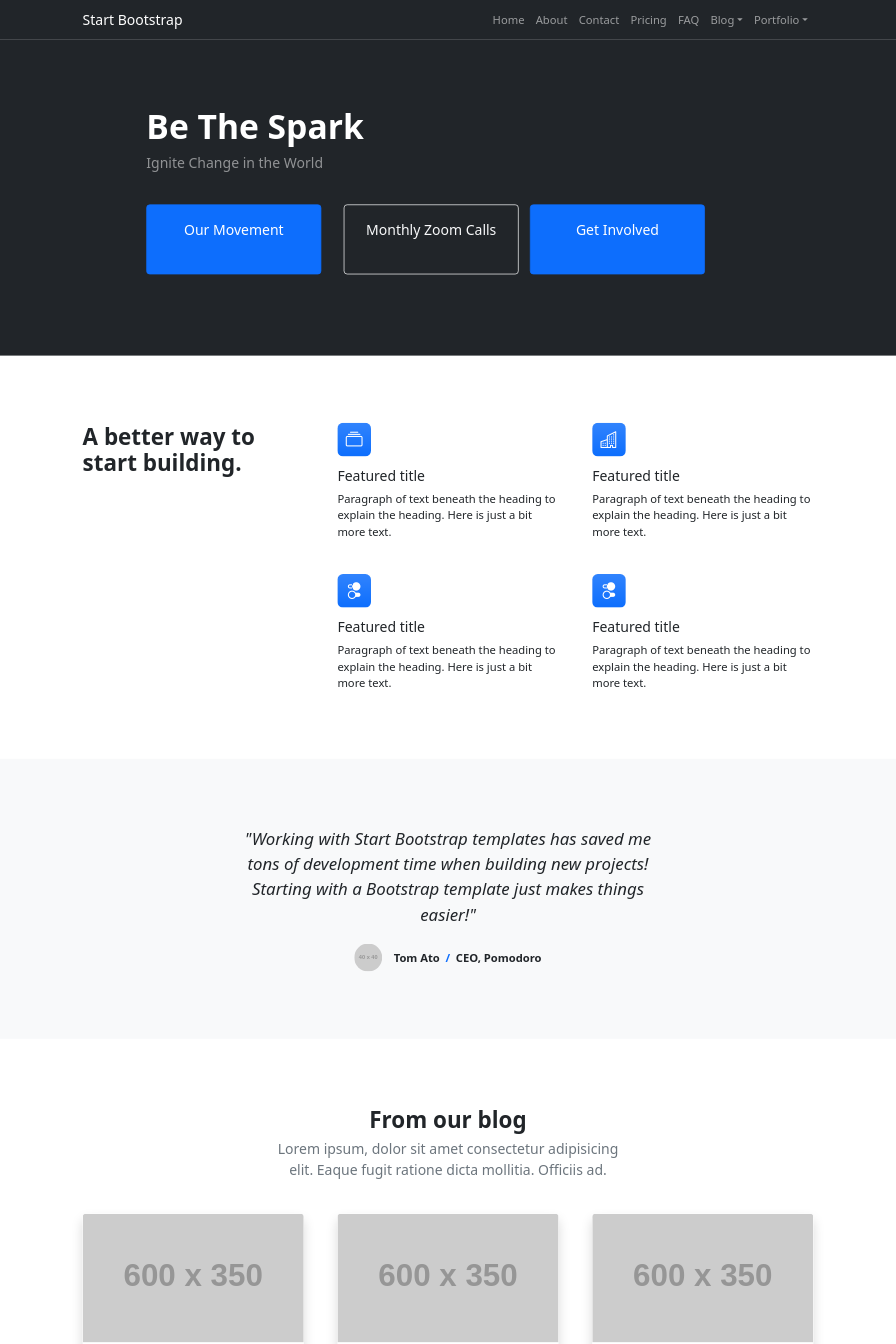
Repository: DragonFruit8/BeTheSpark
Page: index.html
The author's editor kept a copy of each file at every save. The page is drawn from the files as they stood at one save, then again after a run of saves.
The browser window is 1280 px wide. The pictures show the part of the page from y = 0 to 1920 px (the page is 2652 px tall before and 2627 px after), at 70% of full size.

Above is the page before, as saved 2024-01-05 08:38:36.

### index.html
<!DOCTYPE html>
<html lang="en">
    <head>
        <meta charset="utf-8" />
        <meta name="viewport" content="width=device-width, initial-scale=1, shrink-to-fit=no" />
        <meta name="description" content="" />
        <meta name="author" content="" />
        <title>Modern Business - Start Bootstrap Template</title>
        <!-- Favicon-->
        <link rel="icon" type="image/x-icon" href="assets/favicon.ico" />
        <!-- Bootstrap icons-->
        <link href="https://cdn.jsdelivr.net/npm/bootstrap-icons@1.5.0/font/bootstrap-icons.css" rel="stylesheet" />
        <!-- Core theme CSS (includes Bootstrap)-->
        <link href="css/styles.css" rel="stylesheet" />
        <link href="css/home.css" rel="stylesheet" />
    </head>
    <body class="d-flex flex-column h-100">
        <main class="flex-shrink-0">
            <!-- Navigation-->
            <nav class="navbar navbar-expand-lg navbar-dark bg-dark">
                <div class="container px-5">
                    <a class="navbar-brand" href="index.html">Start Bootstrap</a>
                    <button class="navbar-toggler" type="button" data-bs-toggle="collapse" data-bs-target="#navbarSupportedContent" aria-controls="navbarSupportedContent" aria-expanded="false" aria-label="Toggle navigation"><span class="navbar-toggler-icon"></span></button>
                    <div class="collapse navbar-collapse" id="navbarSupportedContent">
                        <ul class="navbar-nav ms-auto mb-2 mb-lg-0">
                            <li class="nav-item"><a class="nav-link" href="index.html">Home</a></li>
                            <li class="nav-item"><a class="nav-link" href="about.html">About</a></li>
                            <li class="nav-item"><a class="nav-link" href="contact.html">Contact</a></li>
                            <li class="nav-item"><a class="nav-link" href="pricing.html">Pricing</a></li>
                            <li class="nav-item"><a class="nav-link" href="faq.html">FAQ</a></li>
                            <li class="nav-item dropdown">
                                <a class="nav-link dropdown-toggle" id="navbarDropdownBlog" href="#" role="button" data-bs-toggle="dropdown" aria-expanded="false">Blog</a>
                                <ul class="dropdown-menu dropdown-menu-end" aria-labelledby="navbarDropdownBlog">
                                    <li><a class="dropdown-item" href="blog-home.html">Blog Home</a></li>
                                    <li><a class="dropdown-item" href="blog-post.html">Blog Post</a></li>
                                </ul>
                            </li>
                            <li class="nav-item dropdown">
                                <a class="nav-link dropdown-toggle" id="navbarDropdownPortfolio" href="#" role="button" data-bs-toggle="dropdown" aria-expanded="false">Portfolio</a>
                                <ul class="dropdown-menu dropdown-menu-end" aria-labelledby="navbarDropdownPortfolio">
                                    <li><a class="dropdown-item" href="portfolio-overview.html">Portfolio Overview</a></li>
                                    <li><a class="dropdown-item" href="portfolio-item.html">Portfolio Item</a></li>
                                </ul>
                            </li>
                        </ul>
                    </div>
                </div>
            </nav>
            <!-- Header-->
            <header class="bg-dark py-5">
                <div class="container px-5">
                    <div class="row gx-5 align-items-center justify-content-center">
                        <div class="col-lg-8 col-xl-10 col-xxl-12">
                            <div class="my-5 text-center text-xl-start">
                                <h1 class="display-5 fw-bolder text-white mb-2">Be The Spark</h1>
                                <p class="lead fw-normal text-white-50 mb-4">Ignite Change in the World</p>
                                <div id="CTA" class="d-grid gap-3 d-sm-flex justify-content-sm-center justify-content-xl-start">
                                    <a class="btn btn-primary btn-lg px-4 me-sm-3" href="#features">Our Movement</a>
                                    <a class="btn btn-outline-light btn-lg px-4" href="#!">Monthly Zoom Calls</a>
                                    <a class="btn btn-primary btn-lg px-4 me-sm-3" href="#features">Get Involved </a>
                                </div>
                            </div>
                        </div>
                        <!-- <div class="col-xl-5 col-xxl-6 d-none d-xl-block text-center"><img class="img-fluid rounded-3 my-5" src="https://dummyimage.com/600x400/343a40/6c757d" alt="..." /></div> -->
                    </div>
                </div>
            </header>
            <!-- Features section-->
            <section class="py-5" id="features">
                <div class="container px-5 my-5">
                    <div class="row gx-5">
                        <div class="col-lg-4 mb-5 mb-lg-0"><h2 class="fw-bolder mb-0">A better way to start building.</h2></div>
                        <div class="col-lg-8">
                            <div class="row gx-5 row-cols-1 row-cols-md-2">
                                <div class="col mb-5 h-100">
                                    <div class="feature bg-primary bg-gradient text-white rounded-3 mb-3"><i class="bi bi-collection"></i></div>
                                    <h2 class="h5">Featured title</h2>
                                    <p class="mb-0">Paragraph of text beneath the heading to explain the heading. Here is just a bit more text.</p>
                                </div>
                                <div class="col mb-5 h-100">
                                    <div class="feature bg-primary bg-gradient text-white rounded-3 mb-3"><i class="bi bi-building"></i></div>
                                    <h2 class="h5">Featured title</h2>
                                    <p class="mb-0">Paragraph of text beneath the heading to explain the heading. Here is just a bit more text.</p>
                                </div>
                                <div class="col mb-5 mb-md-0 h-100">
                                    <div class="feature bg-primary bg-gradient text-white rounded-3 mb-3"><i class="bi bi-toggles2"></i></div>
                                    <h2 class="h5">Featured title</h2>
                                    <p class="mb-0">Paragraph of text beneath the heading to explain the heading. Here is just a bit more text.</p>
                                </div>
                                <div class="col h-100">
                                    <div class="feature bg-primary bg-gradient text-white rounded-3 mb-3"><i class="bi bi-toggles2"></i></div>
                                    <h2 class="h5">Featured title</h2>
                                    <p class="mb-0">Paragraph of text beneath the heading to explain the heading. Here is just a bit more text.</p>
                                </div>
                            </div>
                        </div>
                    </div>
                </div>
            </section>
            <!-- Testimonial section-->
            <div class="py-5 bg-light">
                <div class="container px-5 my-5">
                    <div class="row gx-5 justify-content-center">
                        <div class="col-lg-10 col-xl-7">
                            <div class="text-center">
                                <div class="fs-4 mb-4 fst-italic">"Working with Start Bootstrap templates has saved me tons of development time when building new projects! Starting with a Bootstrap template just makes things easier!"</div>
                                <div class="d-flex align-items-center justify-content-center">
                                    <img class="rounded-circle me-3" src="https://dummyimage.com/40x40/ced4da/6c757d" alt="..." />
                                    <div class="fw-bold">
                                        Tom Ato
                                        <span class="fw-bold text-primary mx-1">/</span>
                                        CEO, Pomodoro
                                    </div>
                                </div>
                            </div>
                        </div>
                    </div>
                </div>
            </div>
            <!-- Blog preview section-->
            <section class="py-5">
                <div class="container px-5 my-5">
                    <div class="row gx-5 justify-content-center">
                        <div class="col-lg-8 col-xl-6">
                            <div class="text-center">
                                <h2 class="fw-bolder">From our blog</h2>
                                <p class="lead fw-normal text-muted mb-5">Lorem ipsum, dolor sit amet consectetur adipisicing elit. Eaque fugit ratione dicta mollitia. Officiis ad.</p>
                            </div>
                        </div>
                    </div>
                    <div class="row gx-5">
                        <div class="col-lg-4 mb-5">
                            <div class="card h-100 shadow border-0">
                                <img class="card-img-top" src="https://dummyimage.com/600x350/ced4da/6c757d" alt="..." />
                                <div class="card-body p-4">
                                    <div class="badge bg-primary bg-gradient rounded-pill mb-2">News</div>
                                    <a class="text-decoration-none link-dark stretched-link" href="#!"><h5 class="card-title mb-3">Blog post title</h5></a>
                                    <p class="card-text mb-0">Some quick example text to build on the card title and make up the bulk of the card's content.</p>
                                </div>
                                <div class="card-footer p-4 pt-0 bg-transparent border-top-0">
                                    <div class="d-flex align-items-end justify-content-between">
                                        <div class="d-flex align-items-center">
                                            <img class="rounded-circle me-3" src="https://dummyimage.com/40x40/ced4da/6c757d" alt="..." />
                                            <div class="small">
                                                <div class="fw-bold">Kelly Rowan</div>
                                                <div class="text-muted">March 12, 2023 &middot; 6 min read</div>
                                            </div>
                                        </div>
                                    </div>
                                </div>
                            </div>
                        </div>
                        <div class="col-lg-4 mb-5">
                            <div class="card h-100 shadow border-0">
                                <img class="card-img-top" src="https://dummyimage.com/600x350/adb5bd/495057" alt="..." />
                                <div class="card-body p-4">
                                    <div class="badge bg-primary bg-gradient rounded-pill mb-2">Media</div>
                                    <a class="text-decoration-none link-dark stretched-link" href="#!"><h5 class="card-title mb-3">Another blog post title</h5></a>
                                    <p class="card-text mb-0">This text is a bit longer to illustrate the adaptive height of each card. Some quick example text to build on the card title and make up the bulk of the card's content.</p>
                                </div>
                                <div class="card-footer p-4 pt-0 bg-transparent border-top-0">
                                    <div class="d-flex align-items-end justify-content-between">
                                        <div class="d-flex align-items-center">
                                            <img class="rounded-circle me-3" src="https://dummyimage.com/40x40/ced4da/6c757d" alt="..." />
                                            <div class="small">
                                                <div class="fw-bold">Josiah Barclay</div>
                                                <div class="text-muted">March 23, 2023 &middot; 4 min read</div>
                                            </div>
                                        </div>
                                    </div>
                                </div>
                            </div>
                        </div>
                        <div class="col-lg-4 mb-5">
                            <div class="card h-100 shadow border-0">
                                <img class="card-img-top" src="https://dummyimage.com/600x350/6c757d/343a40" alt="..." />
                                <div class="card-body p-4">
                                    <div class="badge bg-primary bg-gradient rounded-pill mb-2">News</div>
                                    <a class="text-decoration-none link-dark stretched-link" href="#!"><h5 class="card-title mb-3">The last blog post title is a little bit longer than the others</h5></a>
                                    <p class="card-text mb-0">Some more quick example text to build on the card title and make up the bulk of the card's content.</p>
                                </div>
                                <div class="card-footer p-4 pt-0 bg-transparent border-top-0">
                                    <div class="d-flex align-items-end justify-content-between">
                                        <div class="d-flex align-items-center">
                                            <img class="rounded-circle me-3" src="https://dummyimage.com/40x40/ced4da/6c757d" alt="..." />
                                            <div class="small">
                                                <div class="fw-bold">Evelyn Martinez</div>
                                                <div class="text-muted">April 2, 2023 &middot; 10 min read</div>
                                            </div>
                                        </div>
                                    </div>
                                </div>
                            </div>
                        </div>
                    </div>
                    <!-- Call to action-->
                    <aside class="bg-primary bg-gradient rounded-3 p-4 p-sm-5 mt-5">
                        <div class="d-flex align-items-center justify-content-between flex-column flex-xl-row text-center text-xl-start">
                            <div class="mb-4 mb-xl-0">
                                <div class="fs-3 fw-bold text-white">New products, delivered to you.</div>
                                <div class="text-white-50">Sign up for our newsletter for the latest updates.</div>
                            </div>
                            <div class="ms-xl-4">
                                <div class="input-group mb-2">
                                    <input class="form-control" type="text" placeholder="Email address..." aria-label="Email address..." aria-describedby="button-newsletter" />
                                    <button class="btn btn-outline-light" id="button-newsletter" type="button">Sign up</button>
                                </div>
                                <div class="small text-white-50">We care about privacy, and will never share your data.</div>
                            </div>
                        </div>
                    </aside>
                </div>
            </section>
        </main>
        <!-- Footer-->
        <footer class="bg-dark py-4 mt-auto">
            <div class="container px-5">
                <div class="row align-items-center justify-content-between flex-column flex-sm-row">
                    <div class="col-auto"><div class="small m-0 text-white">Copyright &copy; Your Website 2023</div></div>
                    <div class="col-auto">
                        <a class="link-light small" href="#!">Privacy</a>
                        <span class="text-white mx-1">&middot;</span>
                        <a class="link-light small" href="#!">Terms</a>
                        <span class="text-white mx-1">&middot;</span>
                        <a class="link-light small" href="#!">Contact</a>
                    </div>
                </div>
            </div>
        </footer>
        <!-- Bootstrap core JS-->
        <script src="https://cdn.jsdelivr.net/npm/bootstrap@5.2.3/dist/js/bootstrap.bundle.min.js"></script>
        <!-- Core theme JS-->
        <script src="js/scripts.js"></script>
    </body>
</html>

### css/home.css

#CTA{
    justify-content: center;
}
#CTA a{
    display: flex;
    max-height:300px;
    max-width: 300px;
    padding: 20px;
    margin-top: 20px;
    margin-bottom: 20px;
    border-radius: 5px;
}

@media (min-width: 1080px) {
    #CTA > a{
        display: inline-flex;
        flex-direction: row;
        min-height:100px !important;
        min-width: 200px !important;
        padding: 20px;
        justify-content: center;
        border-radius: 5px;
    }

}

@media (max-width: 1080px) and (min-width: 648px) {
    #CTA a{
        display: inline-flex;
        flex-direction: row;
        max-height: 100px !important;
        max-width: fit-content !important;
        min-width: 250px !important;
        text-align: center;
        justify-content: center;
        border-radius: 5px;
    }
    #CTA {
        display: flex;
        flex-direction: column;
        flex-wrap: nowrap;
        justify-content: center;
        align-items: center;

    }
}

@media (min-width: 1080px) {
    #CTA a{
        display: inline-flex;
        flex-direction: row;
        max-height: 100px !important;
        max-width: fit-content !important;
        min-width: 250px !important;
        text-align: center;
        justify-content: center;
        border-radius: 5px;
    }
}

Loaded but not shown: css/styles.css (library); js/scripts.js (common file)

After the next 2 saves:
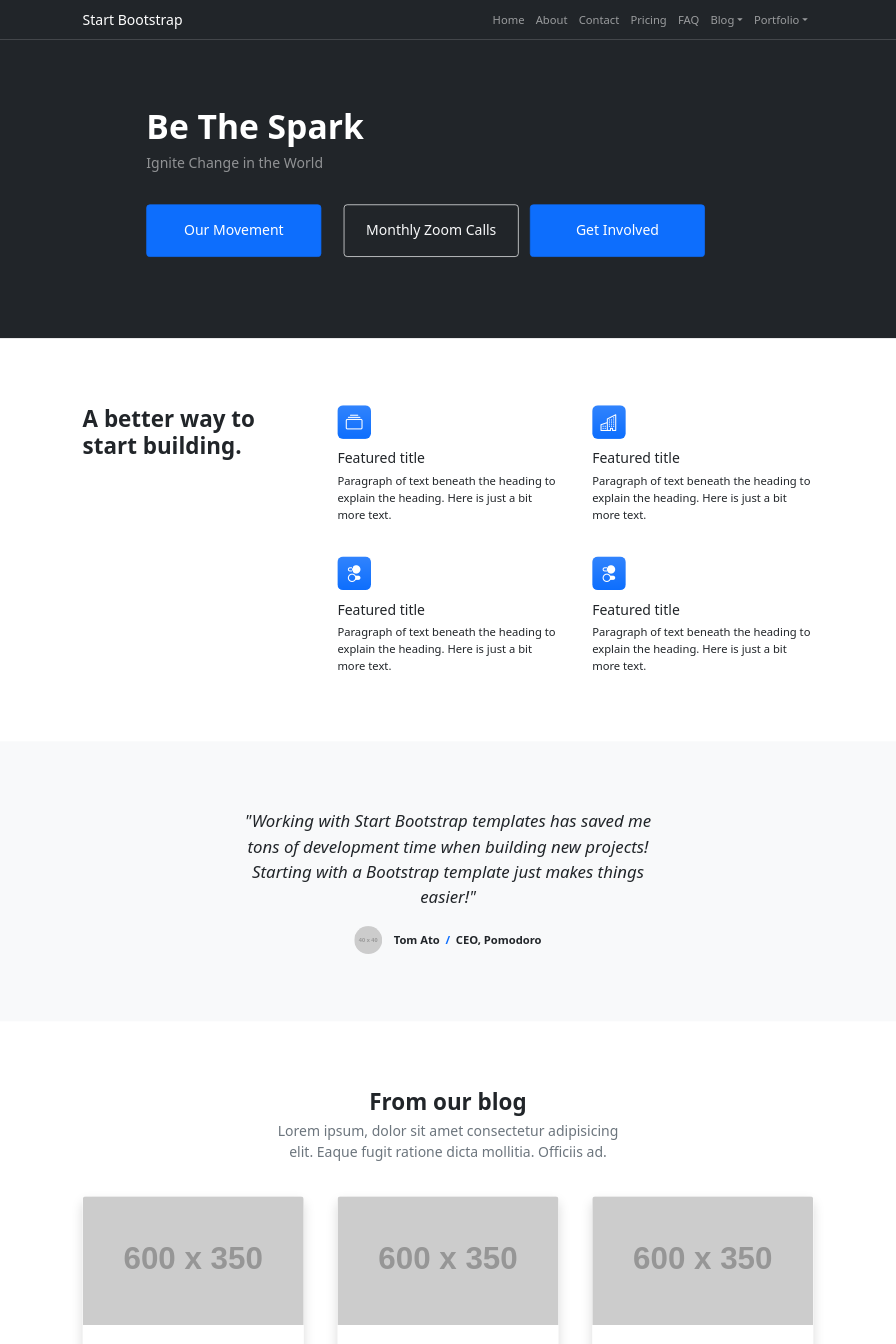
The 2 saves are shown as one change because they came seconds apart.
The last was saved 58 s later.
--- a/css/home.css
+++ b/css/home.css
@@ -16,7 +16,7 @@
     #CTA > a{
         display: inline-flex;
         flex-direction: row;
-        min-height:100px !important;
+        min-height:75px !important;
         min-width: 200px !important;
         padding: 20px;
         justify-content: center;
